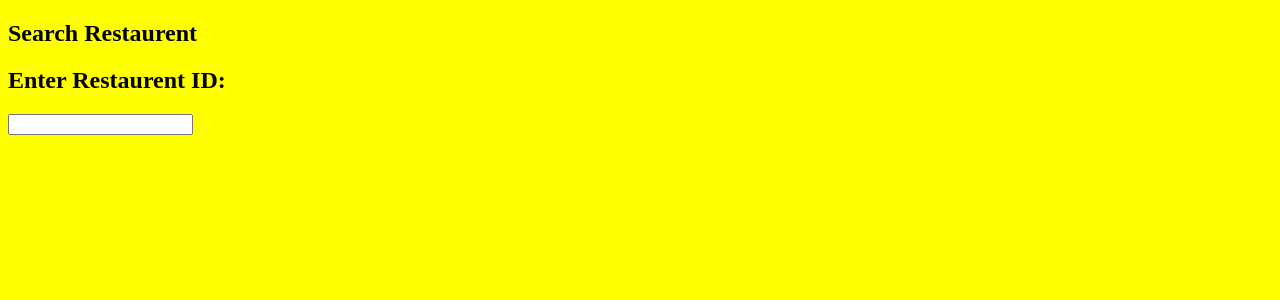
Repository: AkshayBorate/webJava
Page: web_projectservlet/src/main/webapp/search_restaurant.html
The author's editor kept a copy of each file at every save. The page is drawn from the files as they stood at one save, then again after the next save.
The browser window is 1280 px wide. The pictures show the whole page.

Above is the page before, as saved 2024-11-28 10:15:21.

### web_projectservlet/src/main/webapp/search_restaurant.html
<!DOCTYPE html>
<html>

<body bgcolor="yellow">
<h2>Search Restaurent</h2>
<form action="search" method="post">
<h2>Enter Restaurent ID:</h2>
<input type="text"  name="r_id"
style"color:blue;background-color:cyan;font-size=18pt"/>
</form>
</body>
</html>

After the next save:
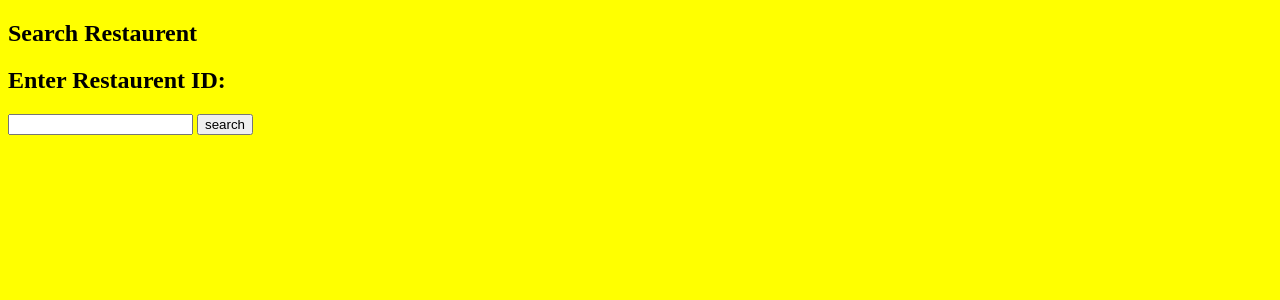
Saved 46 s later.
--- a/web_projectservlet/src/main/webapp/search_restaurant.html
+++ b/web_projectservlet/src/main/webapp/search_restaurant.html
@@ -7,6 +7,8 @@
 <h2>Enter Restaurent ID:</h2>
 <input type="text"  name="r_id"
 style"color:blue;background-color:cyan;font-size=18pt"/>
+
+<input type="submit" value="search"/>
 </form>
 </body>
 </html>
